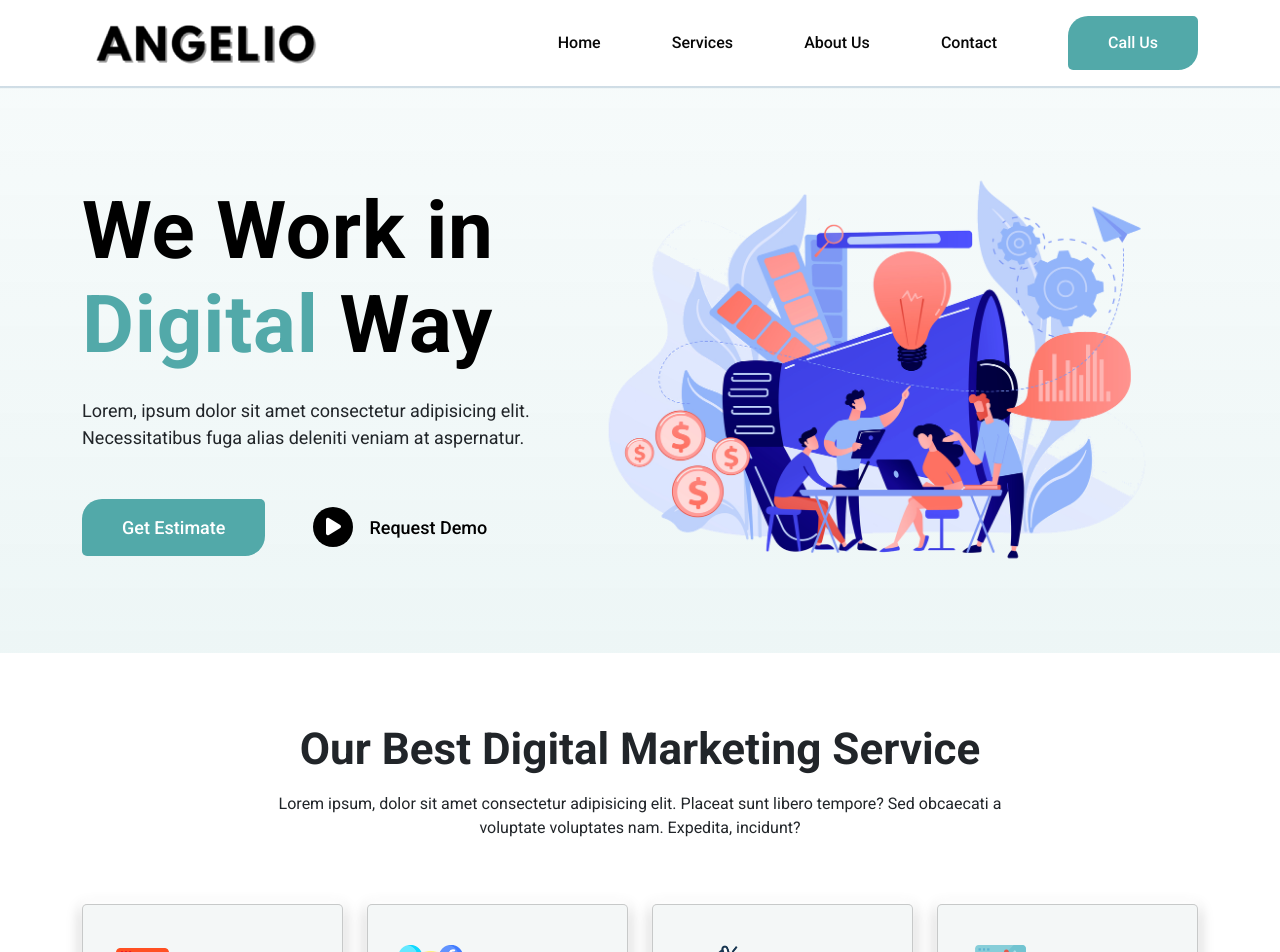
Repository: nazmulalok/landing-page-angelio
Page: index.html
An editor plug-in stored every save of this project. The page is shown before and after the next save, followed by the edit.
The browser window is 1280 px wide. The pictures show the part of the page from y = 0 to 952 px (the page is 2062 px tall).
A picture or video elsewhere on the page could not be fetched, so the positions and the page height are approximate.

Above is the page before, as saved 2022-09-17 22:05:07.

### index.html
<!DOCTYPE html>
<html lang="en">

    <head>
        <meta charset="UTF-8">
        <meta http-equiv="X-UA-Compatible" content="IE=edge">
        <meta name="viewport" content="width=device-width, initial-scale=1.0">
        <title>Landing Page</title>
        <link rel="preconnect" href="https://fonts.googleapis.com">
        <link rel="preconnect" href="https://fonts.gstatic.com" crossorigin>
        <link rel="stylesheet" href="https://cdnjs.cloudflare.com/ajax/libs/font-awesome/6.2.0/css/all.min.css"
            integrity="sha512-xh6O/CkQoPOWDdYTDqeRdPCVd1SpvCA9XXcUnZS2FmJNp1coAFzvtCN9BmamE+4aHK8yyUHUSCcJHgXloTyT2A=="
            crossorigin="anonymous" referrerpolicy="no-referrer" />
        <link
            href="https://fonts.googleapis.com/css2?family=Roboto:ital,wght@0,300;0,400;0,500;0,700;0,900;1,300;1,400;1,500;1,700;1,900&display=swap"
            rel="stylesheet">
        <link href="https://cdn.jsdelivr.net/npm/bootstrap@5.2.0/dist/css/bootstrap.min.css" rel="stylesheet"
            integrity="sha384-gH2yIJqKdNHPEq0n4Mqa/HGKIhSkIHeL5AyhkYV8i59U5AR6csBvApHHNl/vI1Bx" crossorigin="anonymous">
        <link rel="stylesheet" href="style.css">
    </head>

    <body>
        <header>
            <nav>
                <div class="container">
                    <div class="row align-items-center">
                        <div class="col-lg-3">
                            <div class="logo">
                                <a href="/"><img src="images/angelio-logo.png" alt="Angelio Logo" width="250"
                                        height="66"></a>
                            </div>
                        </div>
                        <div class="col-lg-9 d-flex justify-content-end">
                            <ul>
                                <li><a href="/">Home</a></li>
                                <li><a href="/services.html">Services</a></li>
                                <li><a href="/about-us.html">About Us</a></li>
                                <li><a href="/contact.html">Contact</a></li>
                                <li class="nav-cta"><a href="tel:000-000-0000">Call Us</a></li>
                            </ul>
                        </div>
                    </div>
                </div>
            </nav>
        </header>
        <section class="sec-padding banner-sec">
            <div class="container">
                <div class="row align-items-center">
                    <div class="col-lg-7 order-lg-last">
                        <img src="images/angelio-digital-marketing.png" alt="">
                    </div>
                    <div class="col-lg-5">
                        <div class="large-heading">We Work in <span class="color-text">Digital</span> Way</div>
                        <p>Lorem, ipsum dolor sit amet consectetur adipisicing elit. Necessitatibus fuga alias deleniti
                            veniam at aspernatur.</p>
                        <div class="d-flex align-items-center mt-5"><a href="/contact-us" class="main-btn me-5">Get
                                Estimate</a>
                            <a href="/contact-us" class="play-btn"><i class="fas fa-play me-3"></i>Request Demo</a>
                        </div>
                    </div>
                </div>
            </div>
        </section>
        <section class="sec-padding">
            <div class="container">
                <div class="row justify-content-center">
                    <div class="col-md-8">
                        <div class="text-center">
                            <h1>
                                Our Best Digital Marketing Service
                            </h1>
                            <p>Lorem ipsum, dolor sit amet consectetur adipisicing elit. Placeat sunt
                                libero
                                tempore? Sed obcaecati a voluptate voluptates nam. Expedita, incidunt?</p>
                        </div>
                    </div>
                </div>
                <div class="row align-items-center mt-5">
                    <div class="col-lg-3">
                        <div class="service-box">
                            <div class="service-icon">
                                <img src="images/content-marketing.png" alt="Content Marketing">
                            </div>
                            <div class="service-content">
                                <a href="#">Content Marketing</a>
                                <p>Lorem ipsum dolor sit amet consectetur adipisicing elit. Fugiat, earum!</p>
                            </div>
                        </div>
                    </div>
                    <div class="col-lg-3">
                        <div class="service-box">
                            <div class="service-icon">
                                <img src="images/social-marketing.png" alt="Social Marketing">
                            </div>
                            <div class="service-content">
                                <a href="#">Social Marketing</a>
                                <p>Lorem ipsum dolor sit amet consectetur adipisicing elit. Fugiat, earum!</p>
                            </div>
                        </div>
                    </div>
                    <div class="col-lg-3">
                        <div class="service-box">
                            <div class="service-icon">
                                <img src="images/email-marketing.png" alt="Email Marketing">
                            </div>
                            <div class="service-content">
                                <a href="#">Email Marketing</a>
                                <p>Lorem ipsum dolor sit amet consectetur adipisicing elit. Fugiat, earum!</p>
                            </div>
                        </div>
                    </div>
                    <div class="col-lg-3">
                        <div class="service-box">
                            <div class="service-icon">
                                <img src="images/web-marketing.png" alt="Web Marketing">
                            </div>
                            <div class="service-content">
                                <a href="#">Web Marketing</a>
                                <p>Lorem ipsum dolor sit amet consectetur adipisicing elit. Fugiat, earum!</p>
                            </div>
                        </div>
                    </div>
                </div>
            </div>
        </section>
        <section class="sec-padding why-choose-sec">
            <div class="container">
                <div class="row align-items-center">
                    <div class="col-lg-6">
                        <div class="image-holder">
                            <img src="images/why-choose.jpg" alt="Why Choose Angelio">
                        </div>
                    </div>
                    <div class="col-lg-6">
                        <span class="arrow-text">Why Choose Us</span>
                        <h2>Why Working With <span class="color-text">ANGELIO</span>?</h2>
                        <p class="grey-color">Lorem ipsum dolor sit amet consectetur adipisicing elit. Quisquam
                            perspiciatis cupiditate atque ad labore laudantium ab hic, quaerat voluptas repellendus
                            aliquam. Maxime et recusandae nostrum cum labore, sint obcaecati doloremque.</p>
                        <div class="content-box d-flex align-items-center p-2 mb-3">
                            <img src="images/quality-lead.png" alt="Quality Lead">
                            <div class="ms-4">
                                <div class="content-heading">Quality Lead Generation</div>
                                <p class="grey-color mb-0">Lorem ipsum dolor sit amet consectetur adipisicing elit. Vel,
                                    distinctio
                                    delectus.
                                    Dicta distinctio obcaecati voluptatum.</p>
                            </div>
                        </div>
                        <div class="content-box d-flex align-items-center p-2 mb-3">
                            <img src="images/custom-web-design.png" alt="Custom Web Design">
                            <div class="ms-4">
                                <div class="content-heading">Custom Web Design</div>
                                <p class="grey-color mb-0">Lorem ipsum dolor sit amet consectetur adipisicing elit. Vel,
                                    distinctio
                                    delectus.
                                    Dicta distinctio obcaecati voluptatum.</p>
                            </div>
                        </div>
                        <div class="content-box d-flex align-items-center p-2 mb-3">
                            <img src="images/affordable-project-price.png" alt="Affordable Project Price">
                            <div class="ms-4">
                                <div class="content-heading">Affordable Project Price</div>
                                <p class="grey-color mb-0">Lorem ipsum dolor sit amet consectetur adipisicing elit. Vel,
                                    distinctio
                                    delectus.
                                    Dicta distinctio obcaecati voluptatum.</p>
                            </div>
                        </div>
                    </div>
                </div>
            </div>
        </section>


        <script src="https://cdn.jsdelivr.net/npm/bootstrap@5.2.0/dist/js/bootstrap.bundle.min.js"
            integrity="sha384-A3rJD856KowSb7dwlZdYEkO39Gagi7vIsF0jrRAoQmDKKtQBHUuLZ9AsSv4jD4Xa"
            crossorigin="anonymous"></script>
    </body>

</html>

### style.css
:root {
    --primary-color: #52a9a9;
    --secondary-color: #000000;
    --third-color: #575757d6;
    --main-font: 'Roboto', sans-serif;
}

body {
    font-family: var(--main-font);
}

nav {
    padding: 10px 0px;
    box-shadow: 0 1px 1px 1px #14477e2b;
}

nav ul {
    list-style-type: none;
    display: flex;
    justify-content: flex-end;
    margin: 0;
    padding: 0;
    align-items: center;
    gap: 20%;
    white-space: nowrap;
}

nav ul li a {
    color: #080808;
    text-decoration: none;
    display: block;
    position: relative;
    font-weight: 500;
}

nav ul li a:hover {
    color: #52a9a9;
}

li.nav-cta a {
    background: #008080ad;
    padding: 15px 40px;
    color: #fff;
    border-radius: 20px 5px;
    transition: all 0.3s ease;
}

li.nav-cta a:hover {
    background: #000;
    color: #fff;
    border-radius: 5px 20px;
    transition: all 0.3s ease;
}

li.nav-cta a:before {
    content: "";
    width: 0%;
    height: 0px;
    position: absolute;
    left: 0;
    bottom: 0;
    transition: none;
    transform: none;
    background: none;
    transform-origin: 0%;
}

li.nav-cta a:hover:before {
    transform: none;
    transform-origin: 0%;
}

nav ul li a:before {
    content: "";
    width: 100%;
    height: 2px;
    position: absolute;
    left: 0;
    bottom: 0;
    transition: 0.4s transform ease;
    transform: scale3d(0, 1, 1);
    background: #52a9a9;
    transform-origin: 100% 50%;
}

nav ul li a:hover::before {
    transform: scale3d(1, 1, 1);
    transform-origin: 0 50%;
}

.sec-padding {
    padding: 70px 0px;
}

.banner-sec {
    background-image: linear-gradient(rgb(82 169 169 / 5%), rgb(82 169 169 / 10%));
    background-size: cover;
    background-position: center;
}

.banner-sec img {
    width: 100%;
}

.large-heading {
    font-size: 80px;
    color: #000;
    font-weight: 600;
    letter-spacing: 0.8px;
    line-height: normal;
    margin-bottom: 25px;
}

.banner-sec p {
    font-size: 18px;
}

.color-text {
    color: var(--primary-color);
}

a.main-btn {
    color: #fff;
    background: #52a9a9;
    padding: 15px 40px;
    font-weight: 500;
    font-size: 18px;
    text-decoration: none;
    border-radius: 20px 5px;
    transition: all 0.3s ease;
}

a.main-btn:hover {
    background: #000;
    color: #fff;
    border-radius: 5px 20px;
    transition: all 0.3s ease;
}

a.play-btn {
    display: inline-flex;
    align-items: center;
    justify-content: center;
    color: #000;
    text-decoration: none;
    font-weight: 500;
    font-size: 18px;
}

.play-btn .fa-play {
    width: 40px;
    height: 40px;
    color: #fff;
    font-size: 20px;
    background: #000;
    display: inline-flex;
    align-items: center;
    justify-content: center;
    border-radius: 50%;
    transition: all 0.3s ease;
}

.play-btn:hover i {
    background: var(--primary-color);
}

/* Headings */

h1 {
    font-size: 44px;
}

h2 {
    font-size: 40px;
}

h3 {
    font-size: 36px;
}

h4 {
    font-size: 32px;
}

h5 {
    font-size: 28px;
}

h6 {
    font-size: 24px;
}

h1,
h2,
h3,
h4,
h5,
h6 {
    margin-bottom: 1rem;
    font-weight: 700;
}

/* Service Box */

.service-box {
    position: relative;
    background: rgb(197 214 214 / 20%);
    padding: 40px 30px;
    box-shadow: 0px -6px 10px white, 0px 4px 15px rgb(0 0 0 / 27%);
    border: 1px solid #00000030;
    border-radius: 5px;
}

.service-box:after {
    position: absolute;
    content: "";
    height: 20%;
    width: 20%;
    bottom: 5px;
    right: 5px;
    border-bottom-right-radius: 5px;
    border-bottom: 5px solid var(--primary-color);
    border-right: 5px solid var(--primary-color);
    transition: all 1s ease;
}

.service-box:hover:after {
    height: 30%;
    width: 30%;
    bottom: 5px;
    right: 5px;
    border-bottom-right-radius: 5px;
    border-bottom: 5px solid var(--primary-color);
    border-right: 5px solid var(--primary-color);
    transition: all 1s ease;
}

.service-box .service-icon {
    width: 80px;
    height: 80px;
    margin-bottom: 10px;
}

.service-box .service-icon img {
    width: 65px;
}

.service-box .service-content a {
    display: inline-block;
    color: #000;
    font-size: 20px;
    font-weight: 600;
    text-decoration: none;
    margin-bottom: 8px;
}

.service-box:hover .service-content a {
    color: var(--primary-color);
}

.service-box .service-content p {
    color: var(--third-color);
}

/* Why Choose Section */

.why-choose-sec {
    background-image: linear-gradient(to right, rgb(255 255 255 / 75%), rgb(255 255 255 / 75%)), url(/images/why-choose-bg.jpg);
    background-repeat: no-repeat;
    background-size: cover;
}

span.arrow-text {
    display: inline-block;
    font-size: 25px;
    color: var(--primary-color);
    font-weight: 600;
    margin-bottom: 5px;
    position: relative;
    padding-left: 50px;
}

span.arrow-text:before {
    content: "";
    background: url(images/right-arrow.png);
    width: 35px;
    height: 35px;
    background-size: cover;
    top: 2px;
    left: 0px;
    position: absolute;
}

.grey-color {
    color: var(--third-color);
}

.content-box {
    border: 1px solid #00000030;
    border-radius: 5px;
    box-shadow: 0px -6px 10px white, 0px 4px 15px rgb(0 0 0 / 27%);
    background: #fff;
}

.content-box img {
    width: 80px;
    border: 1px solid #00000030;
    padding: 5px;
    border-radius: 5px;
}

.content-box .content-heading {
    font-size: 22px;
    color: var(--primary-color);
    font-weight: 500;
    margin-bottom: 5px;
}

/* Image Holder */

.image-holder {
    transition: all 0.3s ease;
    text-align: center;
}

.image-holder img {
    border-radius: 5px;
    max-width: 100%;
}

After the next save:
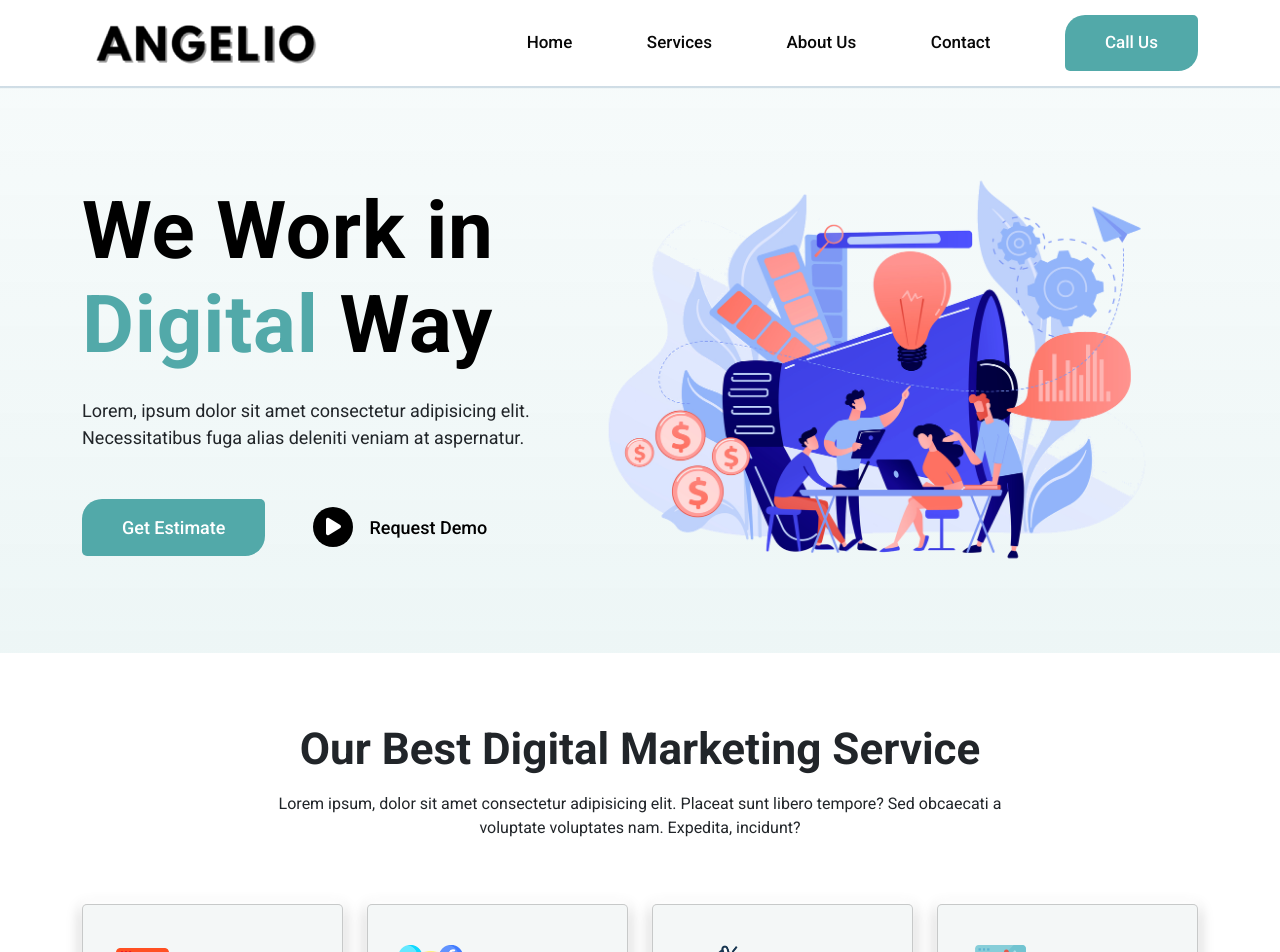
Saved 62 min 38 s later.
--- a/style.css
+++ b/style.css
@@ -31,6 +31,7 @@ nav ul li a {
     display: block;
     position: relative;
     font-weight: 500;
+    font-size: 17px;
 }
 
 nav ul li a:hover {
